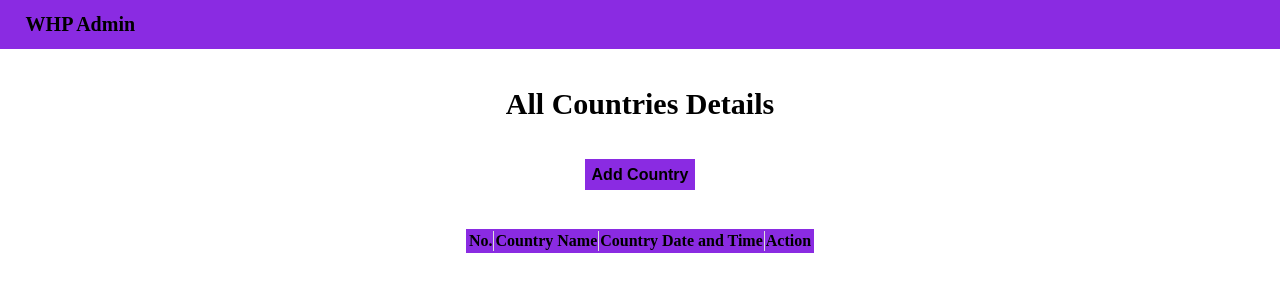
Repository: sabinaPetrisor/World_Hour_Project
Page: http://localhost/WorldHourProject/jsp/admin.jsp
An editor plug-in stored every save of this project. The page is shown before and after the next save, followed by the edit.
The browser window is 1280 px wide. The pictures show the whole page.
The page is served by Tomcat 9. Other server files are loaded and not shown.

Above is the page before, as saved 2023-08-04 13:07:23.

### WorldHourProject/src/main/webapp/jsp/admin.jsp
<%@ page language="java" contentType="text/html; charset=UTF-8"
    pageEncoding="UTF-8"%>
<%@page import="com.worldhourproject.utility.JDBCDataSource"%>
<%@page import="java.sql.Connection"%>
<!DOCTYPE html>
<html>
	<head>
		<meta name="viewport" content="width=device-width, initial-scale=1" charset="UTF-8">
		<title>World Hour Project Admin Page</title>
		<style> <%@include file="../css/navbar.css" %> </style>
		<style> <%@include file="../css/admin.css" %> </style>
	</head>
	<body>
		<%@include file="navbar.jsp" %>

		<div class="content-container">
			<p class="content-container-title">All Countries Details</p>
			<div class="btn-container">
				<button class="add-button">Add Country</button>
			</div>

			<table class="tbl">
				<tr class="tbl-col-names">
					<th>No.</th>
					<th>Country Name</th>
					<th>Country Date and Time</th>
					<th>Action</th>
				</tr>
			</table>
		</div>
	</body>
</html>

### WorldHourProject/src/main/webapp/css/navbar.css
.header-container {
	position: relative;
	width: 100%;
	background-color: blueviolet;
	display: flex;
}

.header-title {
	padding-top: 1%;
	padding-bottom: 1%;
	margin-left: 2%;
	margin-right: 2%;
}

.home-page-title {
	font-size: 20px;
	font-weight: bold;
	width: auto;
}

.home-page-title:hover {
	color: cadetblue;
	cursor: pointer;
}

### WorldHourProject/src/main/webapp/css/admin.css
@charset "UTF-8";
* {
	margin: 0;
	width: 100%;
}

.content-container {
	margin-top: 3%;
}

.content-container-title {
	text-align: center;
	font-size: 30px;
	font-weight: bold;
	margin-bottom: 3%;
}

.btn-container {
	display: flex;
	justify-content: center;
}

.add-button {
	padding: 0.5%;
	margin-bottom: 3%;
	background-color: blueviolet;
	border: none;
	text-align: center;
	font-size: 1em;
	font-weight: bold;
	width:auto;
	cursor: pointer;
}

.tbl {
	margin: 0 auto;
	border-collapse: collapse;
	table-layout: auto;
	width: auto;

}

.tbl-col-names {
	border: 2px solid blueviolet;
	background-color: blueviolet;
}

.tbl td, .tbl-col-names th {
  border: 1px solid #dddddd;
  text-align: center;
  width: auto;
}

.tbl tr:nth-child(even) {
  background-color: #dddddd;
}

### WorldHourProject/src/main/webapp/jsp/navbar.jsp
<div class="header-container">
	<div class="header-title">
		<span class="home-page-title">WHP Admin</span>
	</div>
</div>

After the next save:
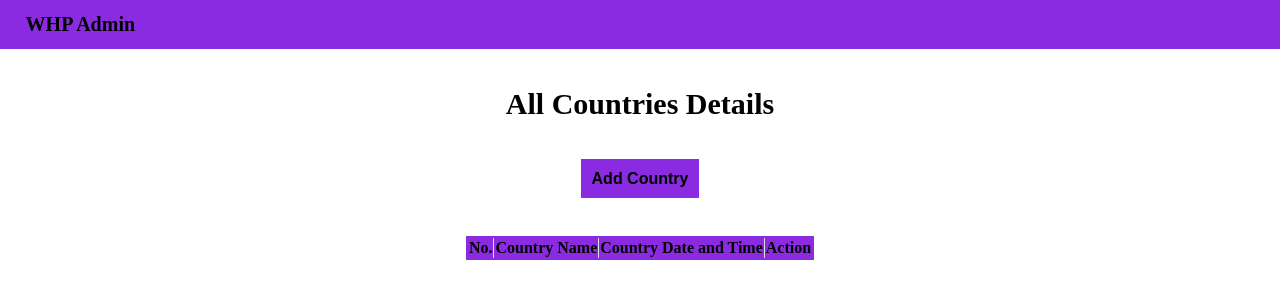
Saved 8 s later.
--- a/WorldHourProject/src/main/webapp/css/admin.css
+++ b/WorldHourProject/src/main/webapp/css/admin.css
@@ -21,7 +21,7 @@
 }
 
 .add-button {
-	padding: 0.5%;
+	padding: 0.8%;
 	margin-bottom: 3%;
 	background-color: blueviolet;
 	border: none;
